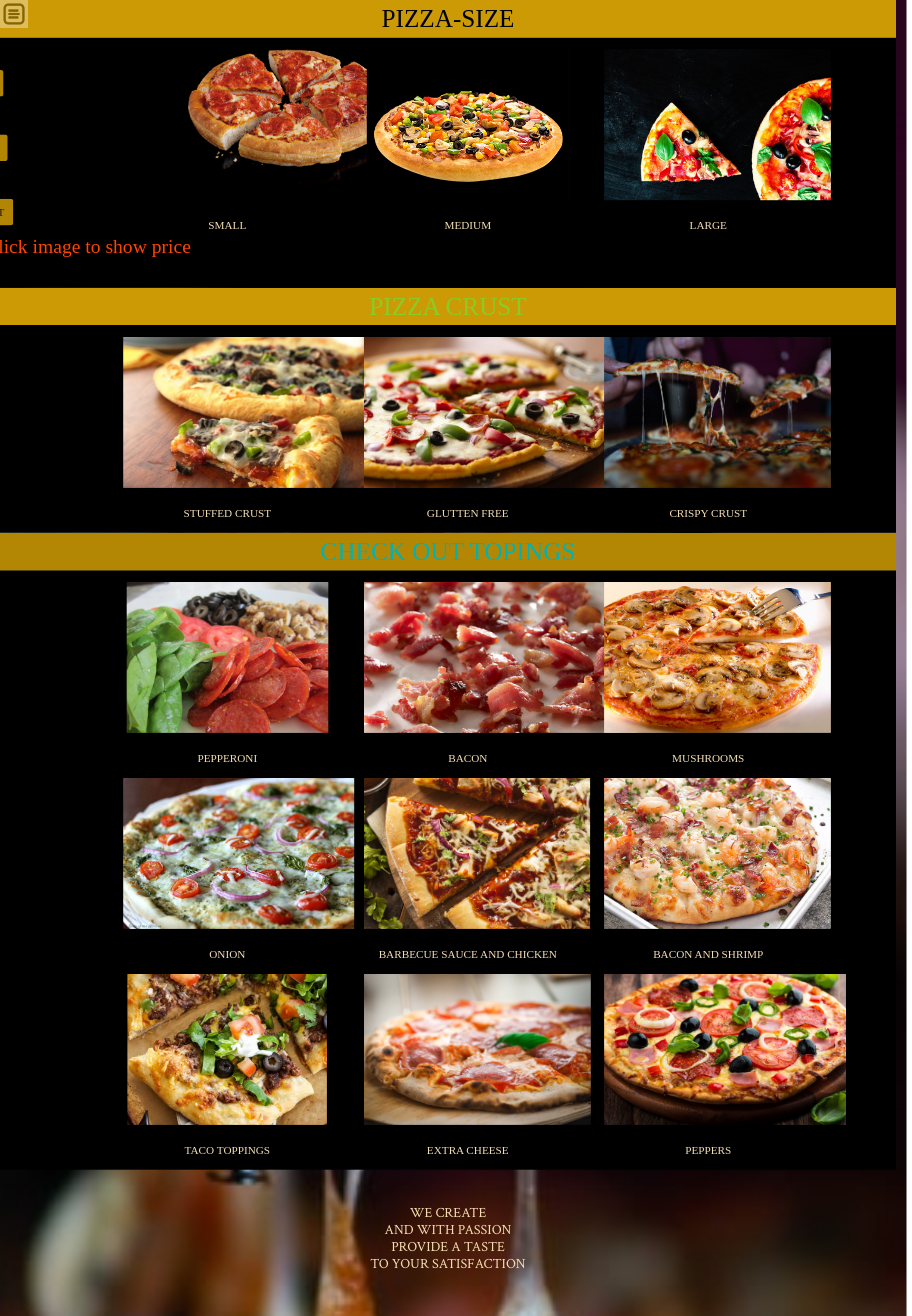
Repository: alexmwaura/MOREO--PIZZA-IP4
Page: mine.html
The author's editor kept a copy of each file at every save. The page is drawn from the files as they stood at one save, then again after the next save.
The browser window is 1280 px wide. The page is 1295 px wide, then 1303 px, so the pictures cover 1303 px, including what lies to the right of the window. The pictures show the part of the page from y = 0 to 1880 px (the page is 3153 px tall), at 70% of full size.
Some web fonts or font styles are not loaded; a fallback is used.

Above is the page before, as saved 2019-09-01 17:14:07.

After the next save:
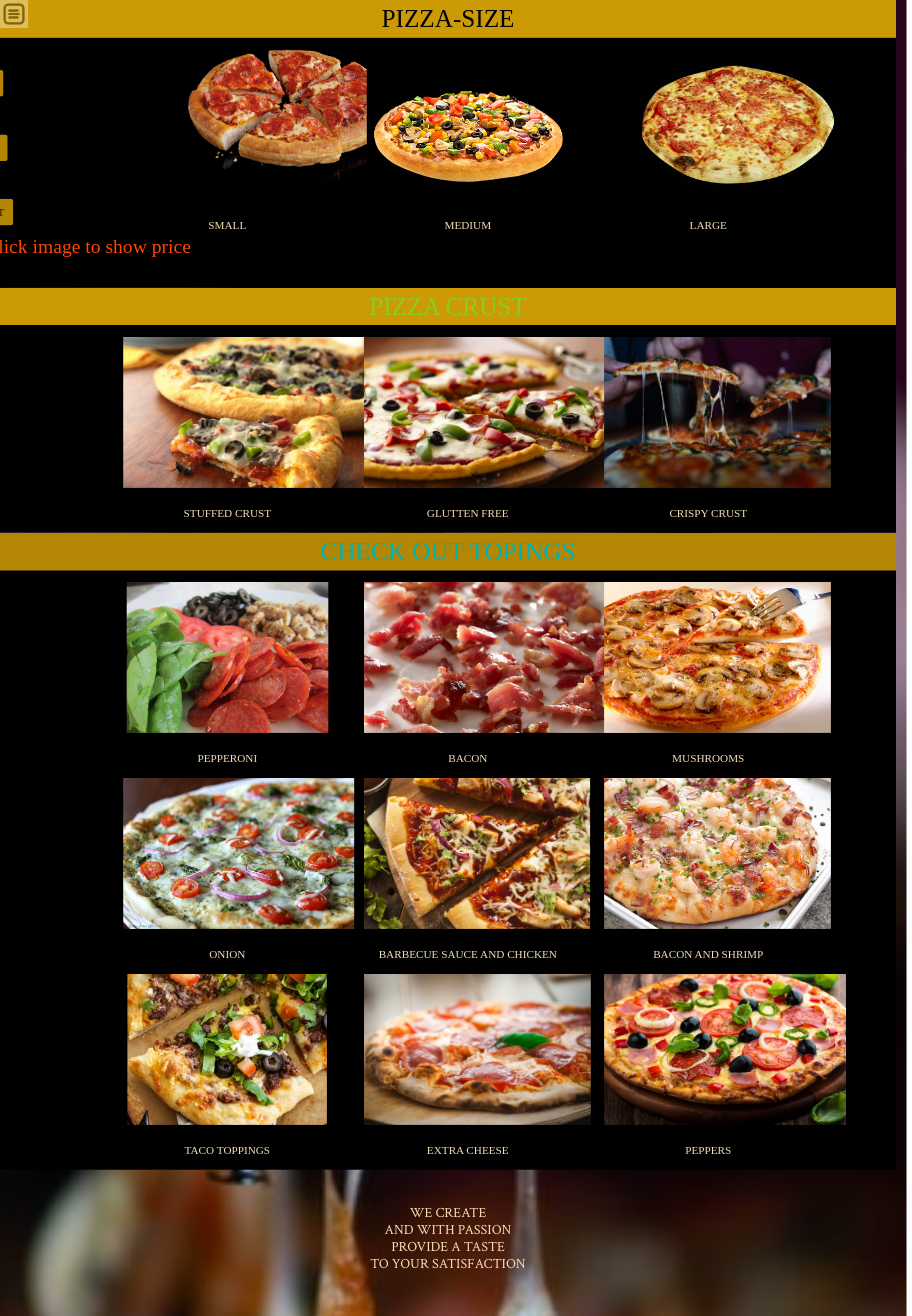
Saved 3 min 53 s later.
--- a/mine.html
+++ b/mine.html
@@ -98,7 +98,7 @@
 
                             <div class="col-lg-3 col-md-3 col-sm-3">
                                 <div id="workS3">
-                                    <img src="./IMAGES/large3.jpg" alt="" class="img-fluid-S3 "><br><br>
+                                    <img src="./IMAGES/large4.jpg" alt="" class="img-fluid-S3 "><br><br>
 
                                     <div class="overlay">
                                         <div class="line">
